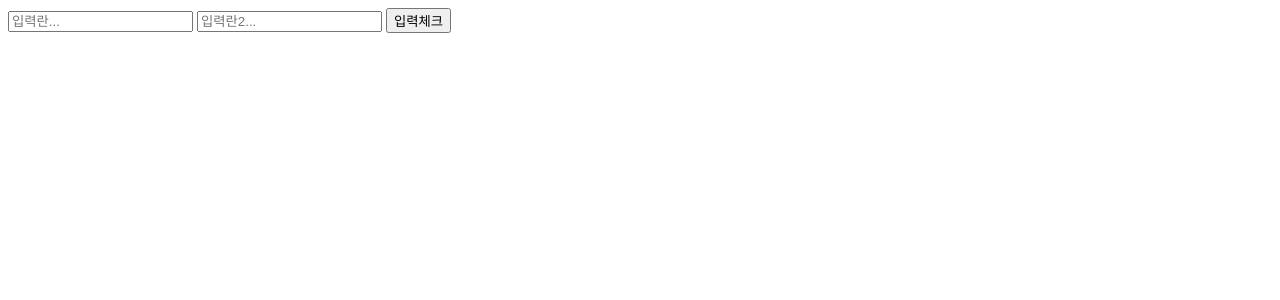
Repository: mjh1583/Hustar03_eGov
Page: http://localhost/JavaScript/js005.jsp
An editor plug-in stored every save of this project. The page is shown before and after the next save, followed by the edit.
The browser window is 1280 px wide. The pictures show the whole page.
The page is served by Tomcat 9.

Above is the page before, as saved 2021-05-06 06:39:44.

### workspace/JavaScript/src/main/webapp/js005.jsp
<%@ page language="java" contentType="text/html; charset=UTF-8"
    pageEncoding="UTF-8"%>
<!DOCTYPE html>
<html>
<head>
	<meta charset="UTF-8">
	<title>이벤트 - JQuery</title>
</head>
<body>
	<div>
		<input type="text" id="txt" class="cls_txt" name="txt" placeholder="입력란..."/>
		<input type="text" id="txt2" class="cls_txt" name="txt2" placeholder="입력란2..."/>
		<input type="button" value="입력체크" onclick="fn_check();"/>
	</div>

	<script src="https://code.jquery.com/jquery-3.6.0.js" ></script>
	<script type="text/javascript">
		function fn_check() {
			//$('#txt').val("testtest!!!");
			//$('.cls_txt').val("클래스 테스트 입니다.");
			//$('input').val("태그네임 selector");
			//$('input[name="txt"]').val("txt입니다.");

			//alert($('#txt').attr('type'));
			$('#txt').attr('type', 'button');
			$('#txt').val('입력체크2');
			$('#txt').attr('onclick', 'fn_check2();');
		}

		function fn_check2() {
			alert('버튼으로 변경되었습니다.');
		}
	</script>
</body>
</html>

After the next save:
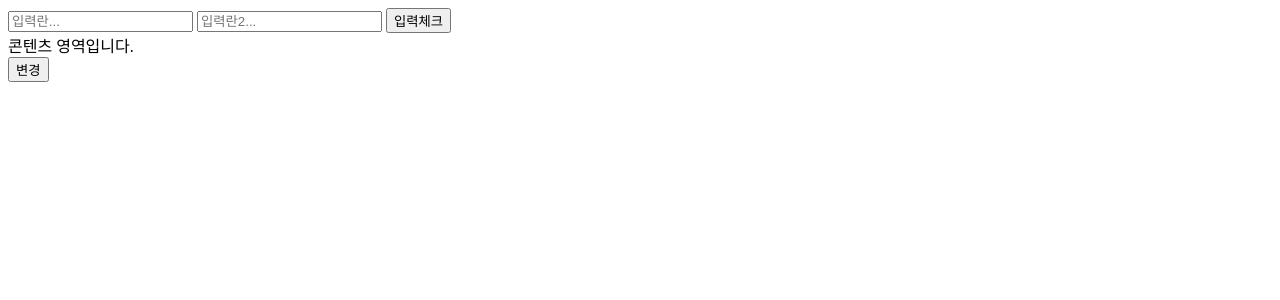
Saved 2 min 1 s later.
--- a/workspace/JavaScript/src/main/webapp/js005.jsp
+++ b/workspace/JavaScript/src/main/webapp/js005.jsp
@@ -13,6 +13,13 @@
 		<input type="button" value="입력체크" onclick="fn_check();"/>
 	</div>
 
+	<div>
+		<div id="contentsArea">
+			콘텐츠 영역입니다.
+		</div>
+		<input type="button" value="변경" onclick="fn_change();"/>
+	</div>
+
 	<script src="https://code.jquery.com/jquery-3.6.0.js" ></script>
 	<script type="text/javascript">
 		function fn_check() {
@@ -25,6 +32,8 @@
 			$('#txt').attr('type', 'button');
 			$('#txt').val('입력체크2');
 			$('#txt').attr('onclick', 'fn_check2();');
+
+			$('#txt2').attr('onclick', 'fn_check2();');
 		}
 
 		function fn_check2() {
